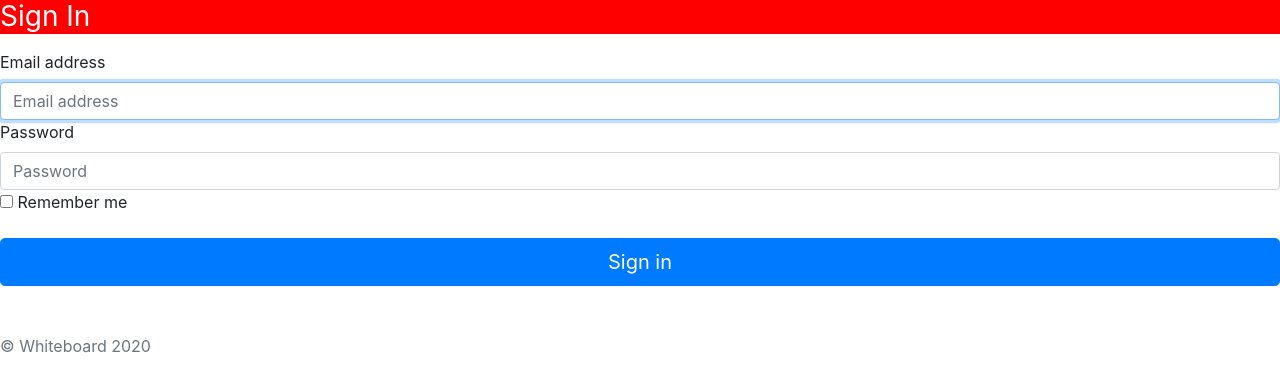
Repository: tinawu0603/cs4550-sp2020-whiteboard-springboot
Page: whiteboard/src/main/webapp/login/login.template.client.html
The author's editor kept a copy of each file at every save. The page is drawn from the files as they stood at one save, then again after the next save.
The browser window is 1280 px wide. The pictures show the whole page.

Above is the page before, as saved 2020-01-15 22:10:09.

After the next save:
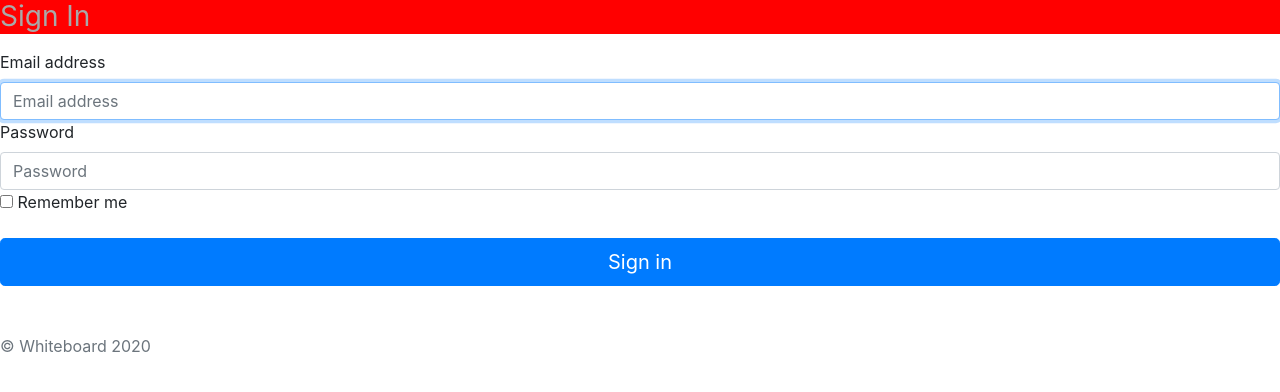
Saved 7 min 33 s later.
--- a/whiteboard/src/main/webapp/css/styles.css
+++ b/whiteboard/src/main/webapp/css/styles.css
@@ -1,6 +1,6 @@
 @charset "ISO-8859-1";
 
 h1 {
-	color: white;
+	color: darkgray;
 	background-color: red;
 }
